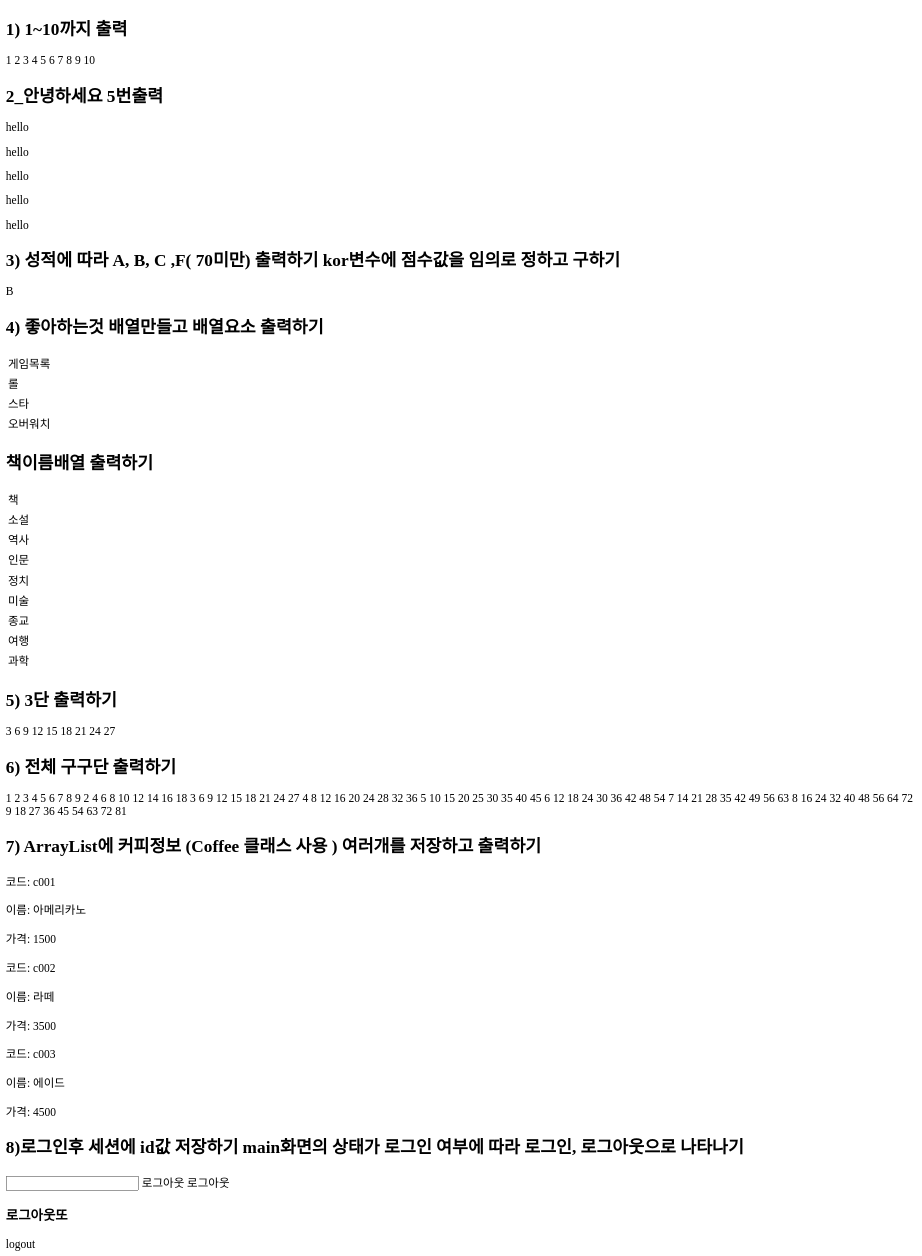
Repository: mvcfvsgdj/javaee
Page: http://localhost/ELprj0908/jstl8
The author's editor kept a copy of each file at every save. The page is drawn from the files as they stood at one save, then again after the next save.
The browser window is 1280 px wide. The pictures show the whole page, at 72% of full size.
The page is served by Tomcat 9. Other server files are loaded and not shown.

Above is the page before, as saved 2023-09-08 06:55:07.

### ELprj0908/src/main/webapp/WEB-INF/views/jstl8.jsp
<%@ page language="java" contentType="text/html; charset=UTF-8"
    pageEncoding="UTF-8"%>
<%@ page import="java.util.Date" %>
<%@ page import="java.time.LocalDate" %>

  <%@ taglib uri="http://java.sun.com/jsp/jstl/fmt" prefix="fmt" %>
  <%@ taglib uri="http://java.sun.com/jsp/jstl/core" prefix="c" %>


<!DOCTYPE html>
<html>
<head>
<meta charset="UTF-8">
<title>Insert title here</title>
</head>
<body>

<h2>1) 1~10까지 출력</h2>

<c:forEach var="i" begin = "1" end= "10">
		${i}</c:forEach>


<h2>2_안녕하세요 5번출력</h2>

<c:set var="hi" value="hello"/>
  <c:forEach begin="1" end="5" var="i">
        <p>${hi}</p>
    </c:forEach>

    <h2>3) 성적에 따라 A, B, C ,F( 70미만)  출력하기  kor변수에 점수값을 임의로 정하고 구하기</h2>


     <c:set var="kor"   value="87" />
 <c:if test="${kor }>=90}">장학금내놩</c:if>
<c:choose>
<c:when test="${kor>=90 }">A</c:when>
<c:when test="${kor>=80 }">B</c:when>
<c:when test="${kor>=70 }">C</c:when>
<c:otherwise>F</c:otherwise>
</c:choose>

    <h2>4) 좋아하는것 배열만들고 배열요소 출력하기  </h2>



    <table>
<tr>
<td>
게임목록
</td>
</tr>
<c:forEach var="game" items="${game}">
<tr>
<td>
${game}
</td>
</tr>
</c:forEach>
</table>
    <h2>책이름배열 출력하기</h2>

        <table>
<tr>
<td>
책
</td>
</tr>
<c:forEach var="book" items="${book}">
<tr>
<td>
${book}
</td>
</tr>
</c:forEach>
</table>


    <h2>5) 3단 출력하기</h2>

    <c:forEach var="i" begin = "1" end= "9">
		${3*i}</c:forEach>


    <h2>6) 전체 구구단 출력하기</h2>


        <c:forEach  var="i" begin = "1" end= "9">
		<c:forEach var="j" begin = "1" end= "9">

		${j*i}</c:forEach>

		</c:forEach>
    <h2>7) ArrayList에 커피정보 (Coffee 클래스 사용 ) 여러개를 저장하고 출력하기 </h2>

<c:forEach var="coffeelist" items="${coffeelist}">
    <p>코드: ${coffeelist.code}</p>
    <p>이름: ${coffeelist.name}</p>
    <p>가격: ${coffeelist.price}</p>
</c:forEach>


<h2>8)로그인후 세션에 id값 저장하기 main화면의 상태가 로그인 여부에 따라 로그인, 로그아웃으로 나타나기</h2>


<input type="text">
<% String id =(String)session.getAttribute("id");
	if(id !=null){%>



	로그아웃
<%} else{%>
	로그인

<%} %>
<c:if test="${empty id }">로그인 </c:if>
<c:if test="${not empty id }">로그아웃</c:if>

<c:set var="message" value="비로그인"/>
<c:if test="${message eq '비로그인' }">
</c:if>

<c:if test="${message ne '비로그인'}"></c:if>
<h3>로그아웃또</h3>
<c:if test="${empty message }">
message없음
</c:if>

<c:set var="loginOut" value="${empty id ? 'login': 'logout' }"/>
${loginOut }
<c:set var="test2" value="acorn2"/>
${result}


</body>
</html>

### ELprj0908/src/main/java/elprj/Jstl8.java
package elprj;

import java.io.IOException;
import java.util.ArrayList;

import javax.servlet.ServletException;
import javax.servlet.annotation.WebServlet;
import javax.servlet.http.HttpServlet;
import javax.servlet.http.HttpServletRequest;
import javax.servlet.http.HttpServletResponse;
import javax.servlet.http.HttpSession;

@WebServlet("/jstl8")
public class Jstl8 extends HttpServlet {

	@Override
	protected void doGet(HttpServletRequest req, HttpServletResponse resp) throws ServletException, IOException {


	    String[] game = { "롤" , "스타", "오버워치" };

	    String[] bookNames = {  "소설" , "역사" , "인문",  "정치" , "미술" ,"종교" ,"여행", "과학"}  ;

	    ArrayList<Coffee> coffeelist = new ArrayList<>();
	    coffeelist.add(new Coffee("c001", "아메리카노" , 1500));
	    coffeelist.add(new Coffee("c002", "라떼" , 3500));
	    coffeelist.add(new Coffee("c003", "에이드" , 4500));

	    HttpSession session = req.getSession();
		session.setAttribute("id", "acorn01");


	    System.out.println(coffeelist);
	    req.setAttribute("coffeelist", coffeelist);
	    req.setAttribute("game", game);
	    req.setAttribute("book", bookNames);
		req.getRequestDispatcher("WEB-INF/views/jstl8.jsp").forward(req, resp);
	}
}

### ELprj0908/src/main/java/elprj/Coffee.java
package elprj;

public class Coffee {

	String code;
	String name;
	int price;


	public Coffee() {
		// TODO Auto-generated constructor stub
	}

	public Coffee(String code, String name, int price) {
		super();
		this.code = code;
		this.name = name;
		this.price = price;
	}
	public String getCode() {
		return code;
	}
	public void setCode(String code) {
		this.code = code;
	}
	public String getName() {
		return name;
	}
	public void setName(String name) {
		this.name = name;
	}
	public int getPrice() {
		return price;
	}
	public void setPrice(int price) {
		this.price = price;
	}
	@Override
	public String toString() {
		return "Coffee [code=" + code + ", name=" + name + ", price=" + price + "]";
	}



}

After the next save:
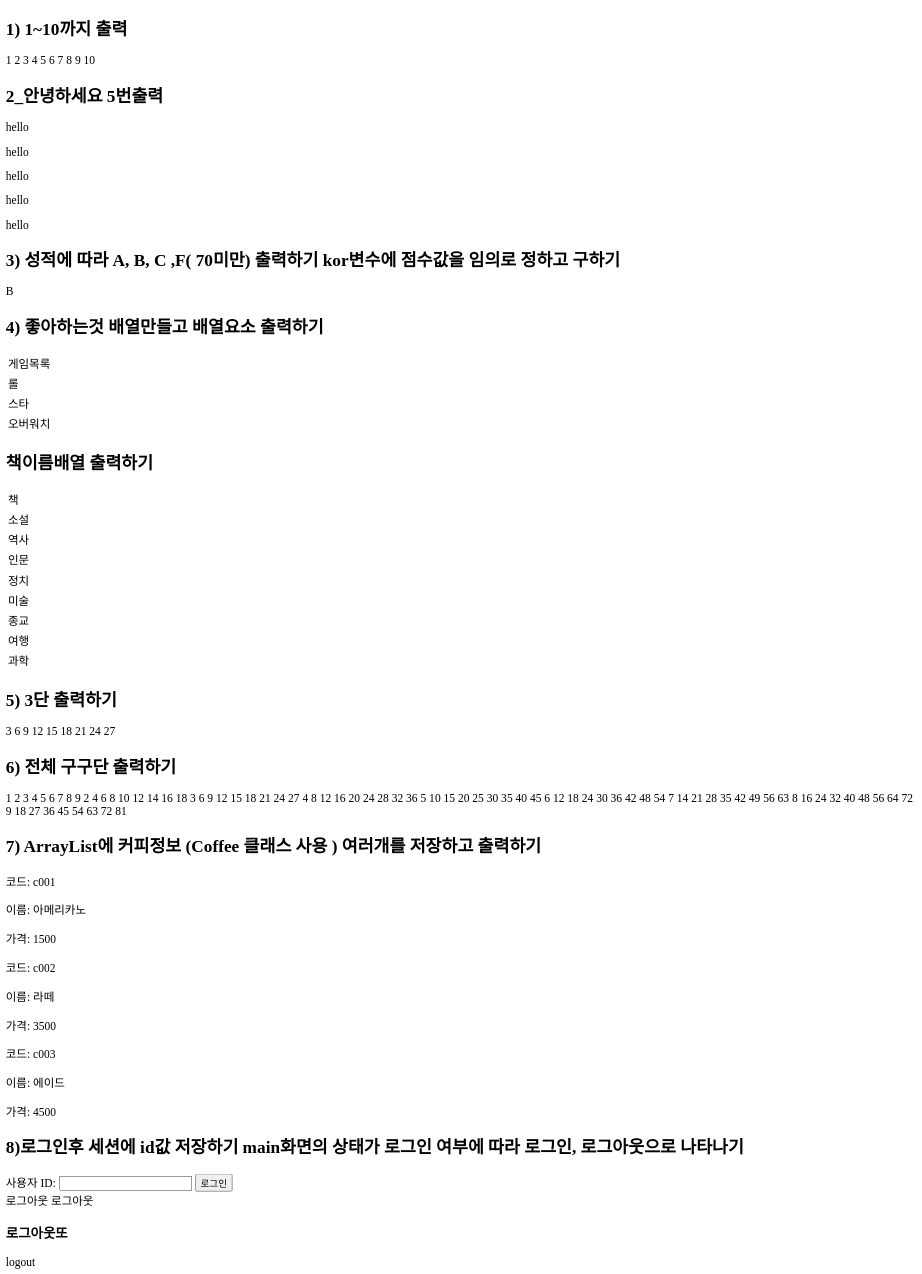
Saved 74 s later.
--- a/ELprj0908/src/main/webapp/WEB-INF/views/jstl8.jsp
+++ b/ELprj0908/src/main/webapp/WEB-INF/views/jstl8.jsp
@@ -103,7 +103,11 @@ ${book}
 <h2>8)로그인후 세션에 id값 저장하기 main화면의 상태가 로그인 여부에 따라 로그인, 로그아웃으로 나타나기</h2>
 
 
-<input type="text">
+ <form action="LoginServlet" method="post">
+        사용자 ID: <input type="text" name="userId">
+        <input type="submit" value="로그인">
+    </form>
+
 <% String id =(String)session.getAttribute("id");
 	if(id !=null){%>
 
